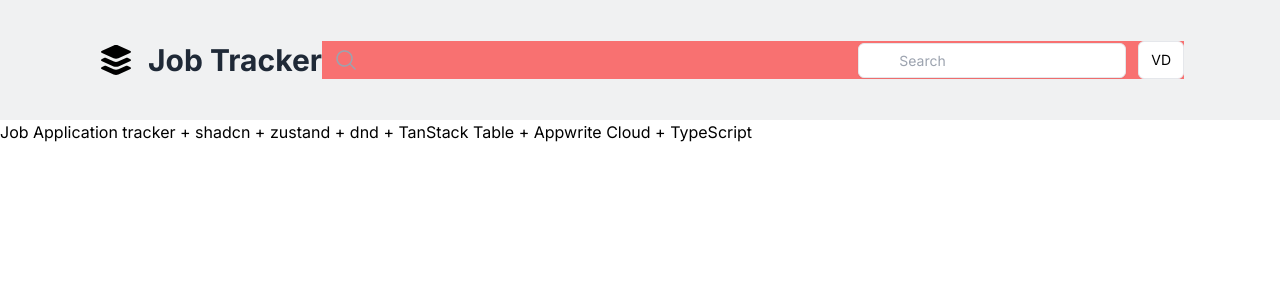
Repository: Vasil1001/job-applications-tracker-nextjs
Page: /
The author's editor kept a copy of each file at every save. The page is drawn from the files as they stood at one save, then again after a run of saves.
The browser window is 1280 px wide. The pictures show the whole page.
The project was rebuilt for these pictures with package versions that can differ from the ones it lists, and the page was loaded fresh each time. The framework's server and built-in components were replaced by stand-ins that run in the browser. Also part of the build but not shown: next.config.js.

Above is the page before, as saved 2023-06-24 17:34:30.

After the next 5 saves:
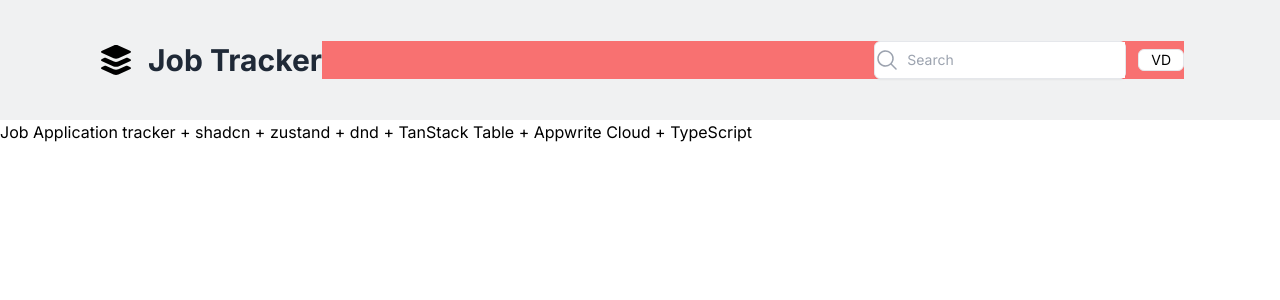
The 5 saves are shown as one change because they came seconds apart.
The last was saved 22 s later.
--- a/components/Header.tsx
+++ b/components/Header.tsx
@@ -31,20 +31,18 @@ export default function Header() {
         </div>
 
         {/* Search input, button and profile */}
-        <div className="relative flex bg-red-400 items-center gap-3 flex-1 justify-end w-full">
-          <form className="">
-              <span className="absolute inset-y-0 left-0 flex items-center pl-3">
-                <HiMagnifyingGlass className="w-6 h-6 text-gray-400" />
-              </span>
-
-              <input
-                type="text"
-                className="w-full flex-1 h-full py-2 pl-10 pr-4 border shadow-sm focus-visible:outline-none focus-visible:ring-1 focus:ring-gray-400 text-black bg-white border-gray-200 sm:text-sm rounded-md hover:border-gray-300 placeholder:text-gray-400 focus:placeholder:text-gray-500"
-                placeholder="Search"
-              />
+        <div className="flex bg-red-400 items-center gap-3 flex-1 justify-end w-full">
+          <form className="peer flex items-center space-l-5 bg-white border shadow-sm focus-visible:outline-none focus-visible:ring-1 focus:ring-gray-400 text-black border-gray-200 sm:text-sm rounded-md hover:border-gray-300 placeholder:text-gray-400 focus:placeholder:text-gray-500 flex-1 md:flex-initial">
+            <HiMagnifyingGlass className="w-6 h-6 text-gray-400" />
+            <input
+              type="text"
+              placeholder="Search"
+              className="flex-1 outline-none p-2  "
+            />
+            <button hidden> Search</button>
           </form>
 
-          <button className="flex-initial p-2 px-3 text-black text-sm font-regular border focus-visible:outline-none focus-visible:ring-1 focus:ring-gray-400 bg-white border-gray-200 sm:text-sm rounded-md hover:border-gray-300 ">
+          <button className="flex-ip-2.5 px-3 text-black text-sm font-regular border focus-visible:outline-none focus-visible:ring-1 focus:ring-gray-400 bg-white border-gray-200 sm:text-sm rounded-md hover:border-gray-300 ">
             VD
           </button>
         </div>
